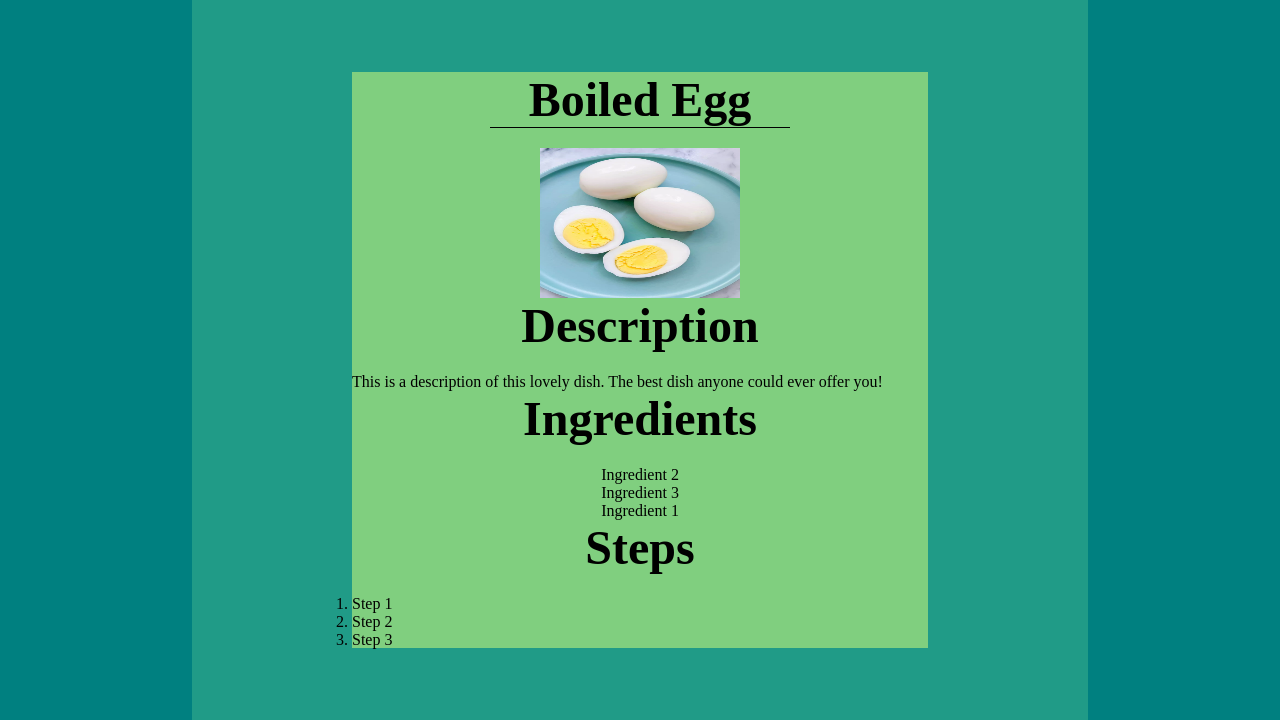
Repository: Pafestivo/odin-recipes
Page: recipes/boiled-egg.html
The author's editor kept a copy of each file at every save. The page is drawn from the files as they stood at one save, then again after a run of saves.
The browser window is 1280 px wide. The pictures show the whole page.

Above is the page before, as saved 2022-09-24 12:51:54.

After the next 2 saves:
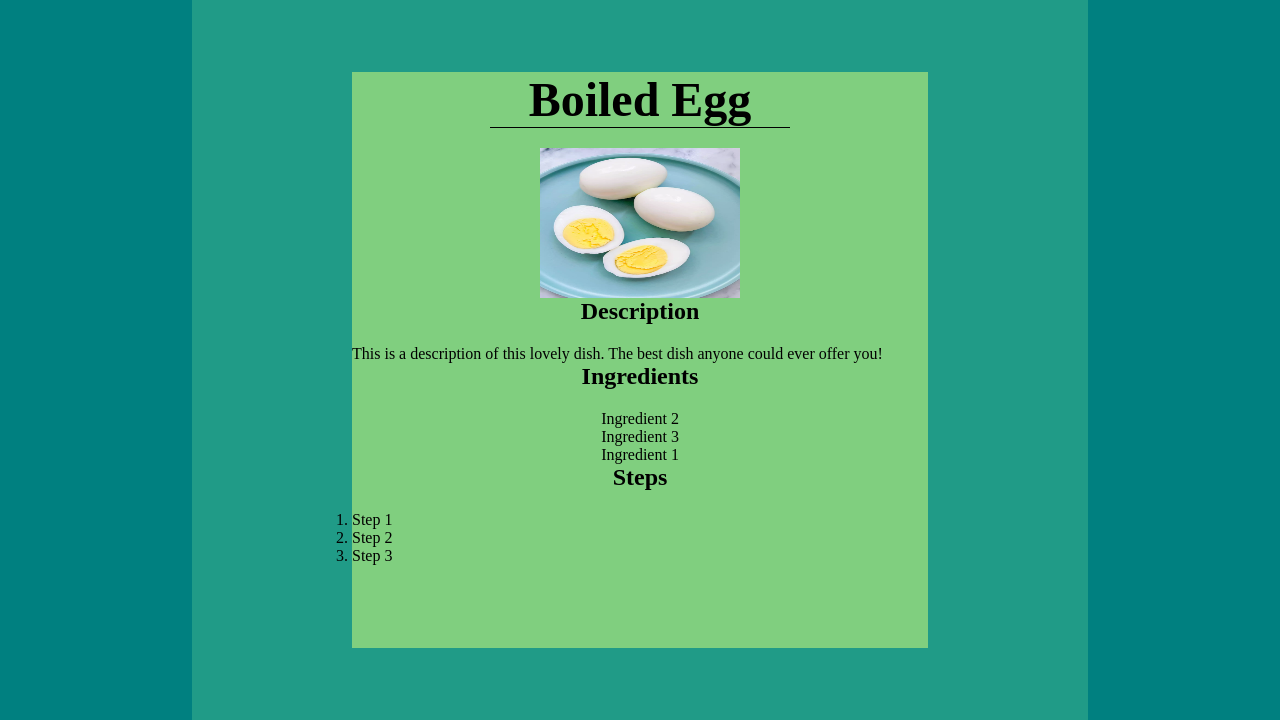
The 2 saves are shown as one change because they came seconds apart.
The last was saved 7 s later.
--- a/css/recipe-styles.css
+++ b/css/recipe-styles.css
@@ -43,7 +43,7 @@ img {
 
 h2 {
   text-align: center;
-  font-size: 3rem;
+  font-size: 1.5rem;
   margin: 0 auto 20px auto;
 }
 
